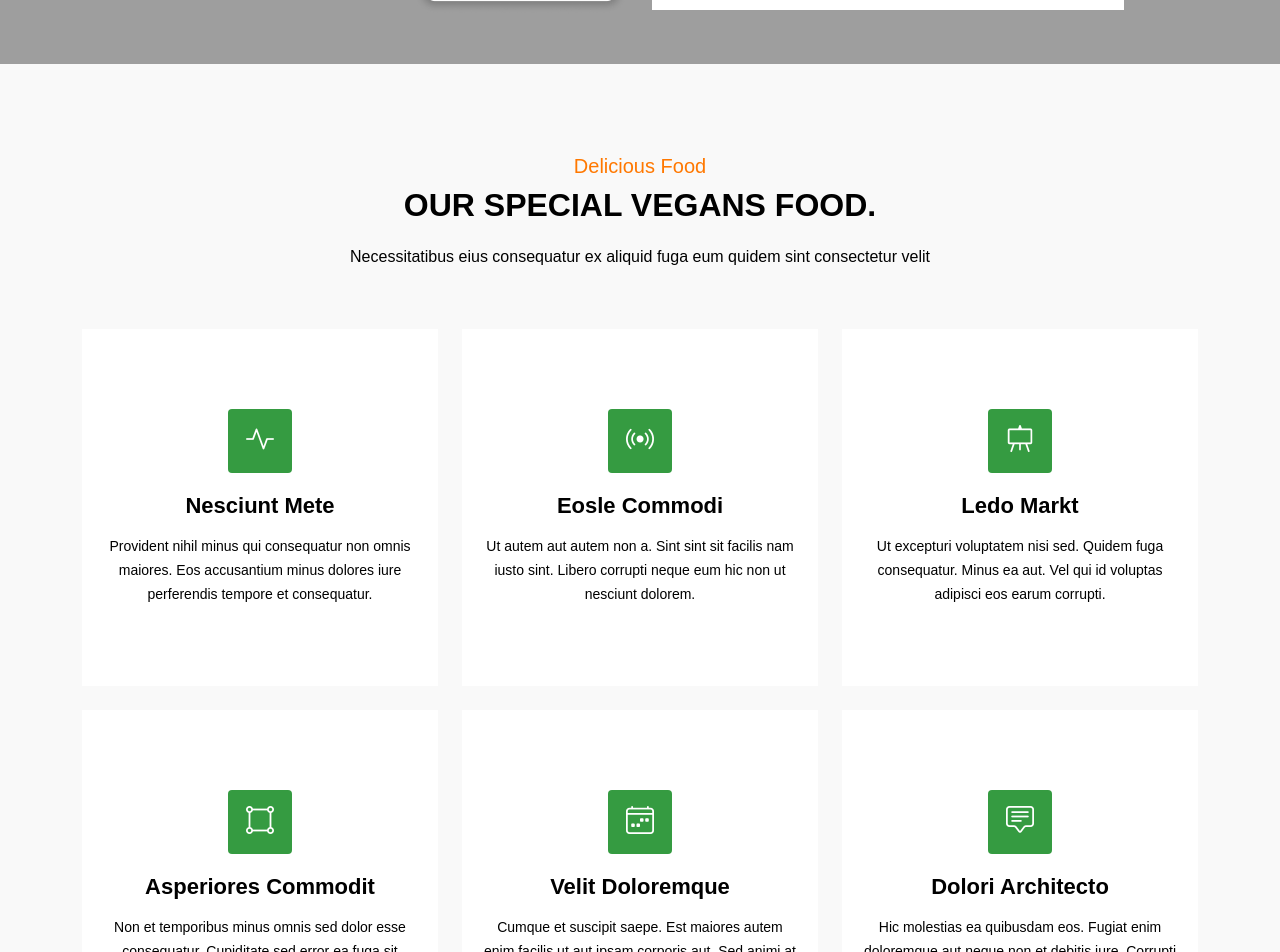
Repository: junivig/volt-new-project
Page: index.html
An editor plug-in stored every save of this project. The page is shown before and after the next save, followed by the edit.
The browser window is 1280 px wide. The pictures show the part of the page from y = 1739 to 2691 px (the page is 3454 px tall before and 3430 px after).
Pictures or frames that could not be fetched are drawn as grey boxes.

Above is the page before, as saved 2025-01-29 20:54:15.

After the next save:
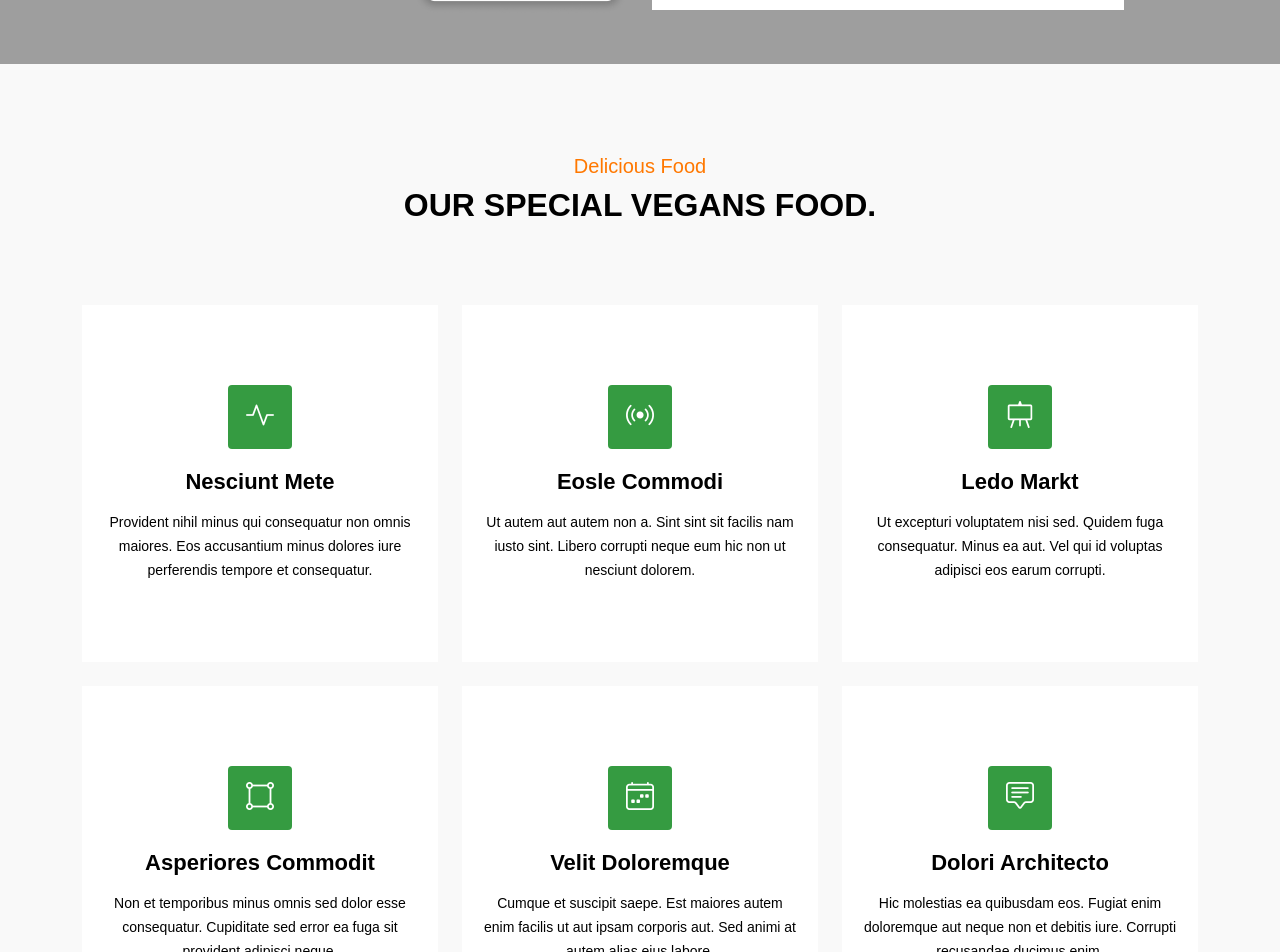
Saved 22 s later.
--- a/index.html
+++ b/index.html
@@ -322,7 +322,6 @@
           <div class="container section-title" data-aos="fade-up">
             <h4 class="about-us-text">Delicious Food</h4>
             <h2>Our Special Vegans Food.</h2>
-            <p>Necessitatibus eius consequatur ex aliquid fuga eum quidem sint consectetur velit</p>
           </div><!-- End Section Title -->
 
           <div class="container">
